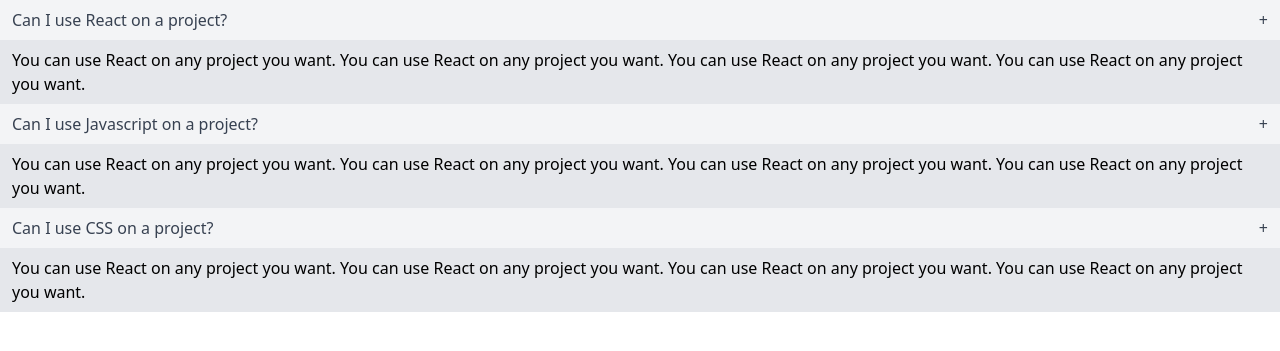
Repository: Marhamat92/reactroutefromstephen
Page: /
An editor plug-in stored every save of this project. The page is shown before and after the next save, followed by the edit.
The browser window is 1280 px wide. The pictures show the whole page.
The project was rebuilt for these pictures with package versions that can differ from the ones it lists, and the page was loaded fresh each time. Also part of the build but not shown: src/App.css.

Above is the page before, as saved 2022-12-21 20:42:16.

After the next save:
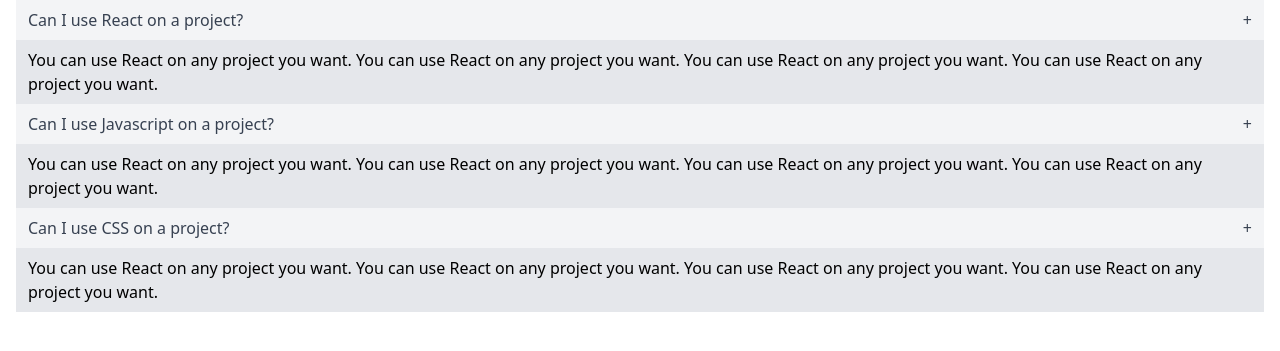
Saved 71 s later.
--- a/src/components/Accordion/Accordion.tsx
+++ b/src/components/Accordion/Accordion.tsx
@@ -21,7 +21,7 @@ function Accordion({ items }: Props) {
     );
   });
 
-  return <div>{renderedItems}</div>;
+  return <div className='px-4'>{renderedItems}</div>;
 }
 
 export default Accordion;
